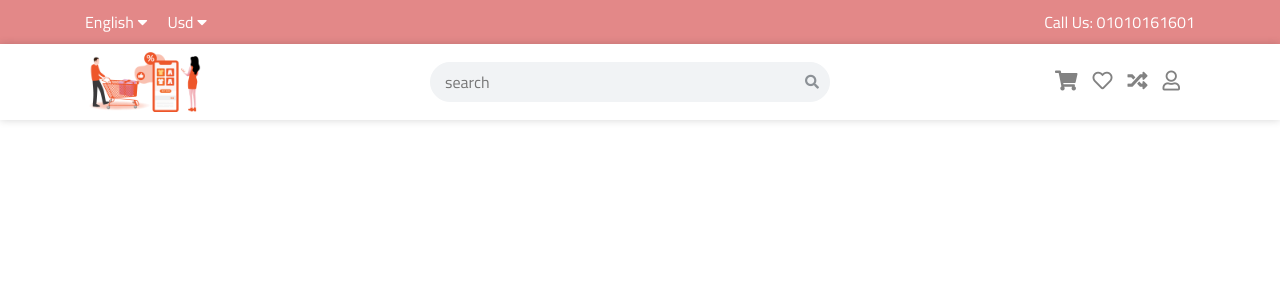
Repository: amrh20/ecommerce-temp
Page: src/index.html
These files come from the project's save history. The page is drawn as it stood at one moment and after the next save; the edit follows.
The browser window is 1280 px wide. The pictures show the whole page.
The style sheet was rebuilt from its Sass, Less or Tailwind sources for each picture, by a compiler version that may differ from the author's.

Above is the page before, as saved 2020-01-19 10:19:50.

After the next save:
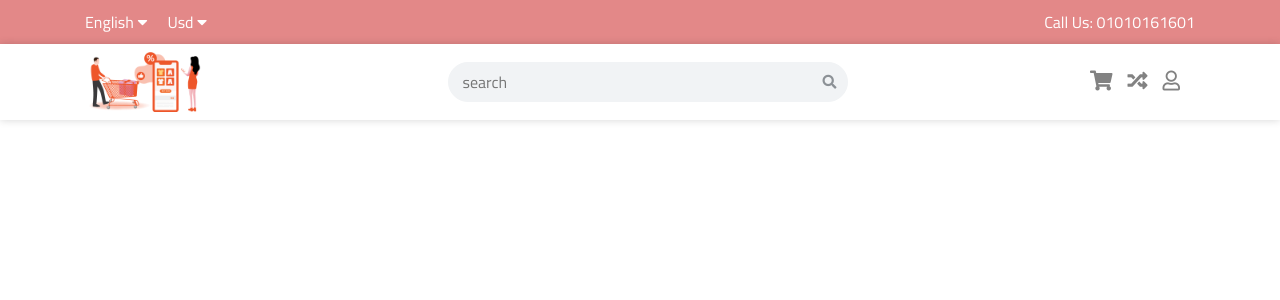
Saved 15 s later.
--- a/src/index.html
+++ b/src/index.html
@@ -164,9 +164,7 @@
                   </div>
 
                 </div>
-                <div class="icon">
-                  <i class="far fa-heart"></i>
-                </div>
+
                 <div class="icon">
                   <i class="fa fa-random"></i>
                 </div>

After the save that followed:
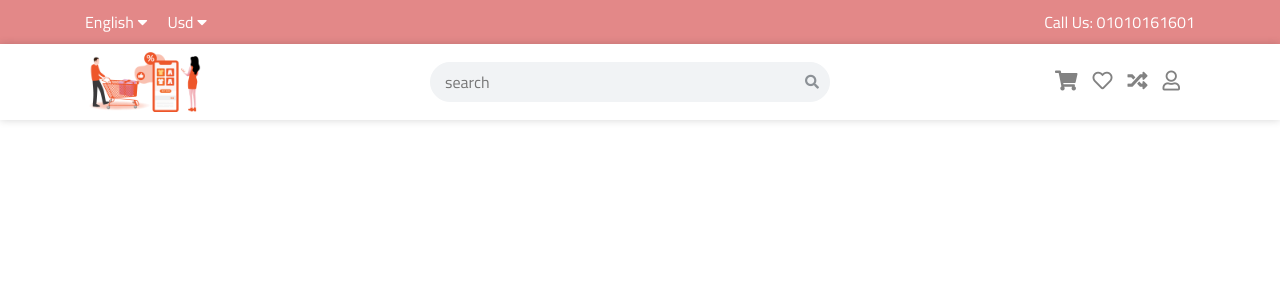
Saved 32 s later.
--- a/src/index.html
+++ b/src/index.html
@@ -109,19 +109,7 @@
                           <i class="fa fa-times"></i>
                         </div>
                       </div>
-                      <div class="icon_content">
-                        <div class="product_img">
-                          <img src="./images/product-cart.png" alt="">
-                        </div>
-                        <div class="product_details">
-                          <p class="product_name">Marvelous Modern 3 Seater</p>
-                          <p class="product_price"> 599,00 <span>egb</span> </p>
-                          <p>Qty: <span>1</span></p>
-                        </div>
-                        <div class="delete_product">
-                          <i class="fa fa-times"></i>
-                        </div>
-                      </div>
+
                       <div class="icon_content">
                         <div class="product_img">
                           <img src="./images/product-cart.png" alt="">
@@ -164,7 +152,9 @@
                   </div>
 
                 </div>
-
+                <div class="icon">
+                  <i class="far fa-heart"></i>
+                </div>
                 <div class="icon">
                   <i class="fa fa-random"></i>
                 </div>
